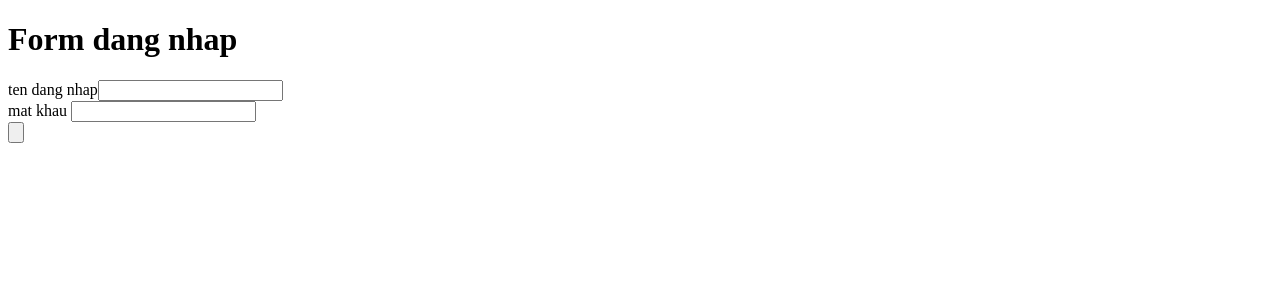
Repository: iamwind-dev/PHP
Page: http://localhost/tuan2/bai1/bai1.php
The author's editor kept a copy of each file at every save. The page is drawn from the files as they stood at one save, then again after the next save.
The browser window is 1280 px wide. The pictures show the whole page.
The page is run by PHP 8.4 with error messages shown; the project is at /var/www/html/.

Above is the page before, as saved 2023-09-15 14:50:05.

After the next save:
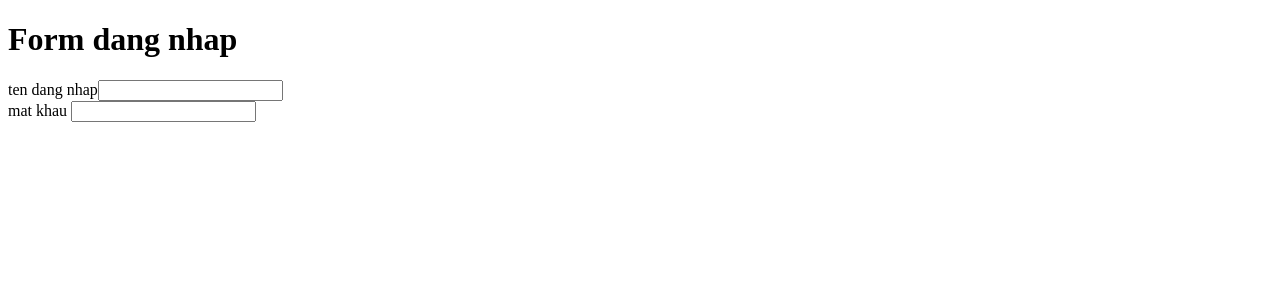
Saved 6 s later.
--- a/tuan2/bai1/bai1.php
+++ b/tuan2/bai1/bai1.php
@@ -15,7 +15,7 @@
     <form action="xulydangnhap.php" method="GET">
         ten dang nhap<input type="text" name="username"><br>
         mat khau <input type="password" name="password"><br>
-        <input type="submit" value>
+        <input type="submit" value="Dang nhap'>
 </body>
 
 </html>
